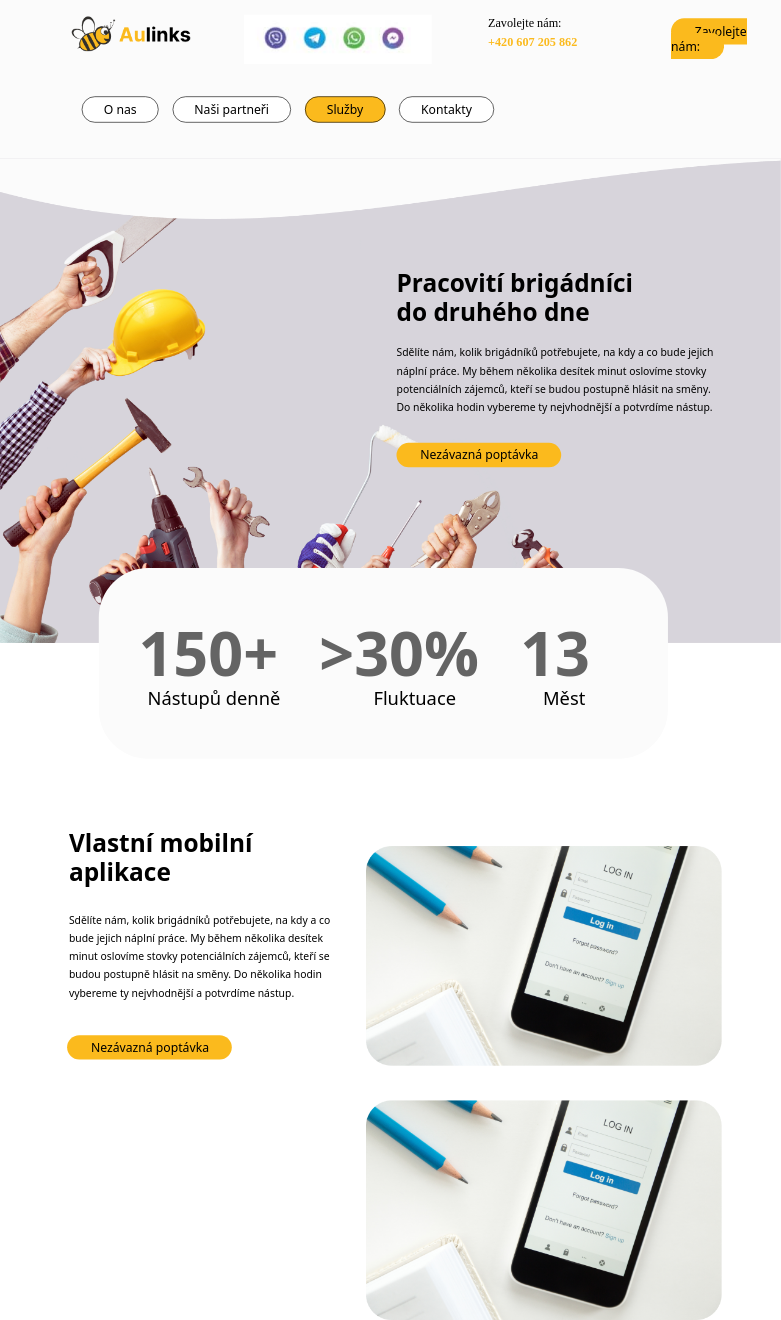
Repository: bilday08/aulinks
Page: index.html
An editor plug-in stored every save of this project. The page is shown before and after the next save, followed by the edit.
The browser window is 1280 px wide. The pictures show the whole page, at 61% of full size.
Some web fonts or font styles are not loaded; a fallback is used.

Above is the page before, as saved 2022-12-07 15:36:15.

### index.html
<!DOCTYPE html>
<html lang="en">
<head>
    <meta charset="UTF-8">
    <meta http-equiv="X-UA-Compatible" content="IE=edge">
    <meta name="viewport" content="width=device-width, initial-scale=1.0">
    <title>Aulinks</title>
    <link rel="stylesheet" href="./reset.css">
    <link rel="stylesheet" href="./style.css">
    <link
    rel="stylesheet"
    href="https://cdnjs.cloudflare.com/ajax/libs/font-awesome/6.2.0/css/all.min.css"
    integrity="sha512-xh6O/CkQoPOWDdYTDqeRdPCVd1SpvCA9XXcUnZS2FmJNp1coAFzvtCN9BmamE+4aHK8yyUHUSCcJHgXloTyT2A=="
    crossorigin="anonymous"
    referrerpolicy="no-referrer" />
    <link
    href="https://cdn.jsdelivr.net/npm/bootstrap@5.2.1/dist/css/bootstrap.min.css"
    rel="stylesheet"
    integrity="sha384-iYQeCzEYFbKjA/T2uDLTpkwGzCiq6soy8tYaI1GyVh/UjpbCx/TYkiZhlZB6+fzT"
    crossorigin="anonymous">
    <script
    src="https://cdn.jsdelivr.net/npm/bootstrap@5.2.1/dist/js/bootstrap.bundle.min.js"
    integrity="sha384-u1OknCvxWvY5kfmNBILK2hRnQC3Pr17a+RTT6rIHI7NnikvbZlHgTPOOmMi466C8"
    crossorigin="anonymous">
    </script>
    <link rel="preconnect" href="https://fonts.googleapis.com">
    <link rel="preconnect" href="https://fonts.gstatic.com" crossorigin>
    <link
    href="https://fonts.googleapis.com/css2?family=Inter+Tight:ital,wght@0,100;0,200;0,300;0,400;0,500;0,600;0,700;0,800;0,900;1,200;1,300;1,400;1,500;1,600;1,700;1,800;1,900&family=Inter:wght@100;200;300;400;500;600;700;800;900&display=swap"
    rel="stylesheet">
</head>
<body>
    <div class="wrapper">
        <header class="header">
            <div class="container_fluid_header">
                <div class="header__logo">
                    <img class="logo_images" src="./images/Header/logo.png" alt="logo"/>
                    <img class="logo_text" src="./images/Header/logotext.png" alt="logo"/>
                </div>
                <div class="header__contact">
                    <img class="contact_images" src="./images/Header/contact.png" alt="contact">
                </div>
                <div class="header__text">
                    <span class="text_name">Zavolejte nám:</span>
                    <span class="text_number">+420 607 205 862</span>
                </div>
                <div class="header__button">
                    <a href="#" class="button_name">Zavolejte nám:</a>
                </div>
                <div class="herder__button_white">
                    <a href="#" class="button_name_white">O nas</a>
                    <a href="#" class="button_name_white">Naši partneři</a>
                    <a href="#" class="button_name_white button_name_yellow">Služby</a>
                    <a href="#" class="button_name_white">Kontakty</a>
                </div>
            </div>
        </header>
    </div>
    <main>
        <div class="container_fluid_main">
            <div class="main__top_br">
                <img
                src="./images/Main/Rectangle 8 (9).png"
                alt="#" class="main_top_header"/>
                <h1 class="main_text">Pracovití brigádníci do druhého dne</h1>
                <p class="main_content">
                    Sdělíte nám, kolik brigádníků potřebujete,
                    na kdy a co bude jejich náplní práce. My během několika
                    desítek minut oslovíme stovky potenciálních zájemců, kteří
                    se budou postupně hlásit na směny. Do několika hodin vybereme
                    ty nejvhodnější a potvrdíme nástup.
                </p>
                <a href="#" class="main_button">Nezávazná poptávka</a>
            </div>
            <div class="main_center">
                <a href="#" class="center_button">
                    <div class="button__first">
                        <span class="button_number">150+</span>
                        <span class="button_number">>30%</span>
                        <span class="button_number">13</span>
                    </div>
                    <div class="button__second">
                        <span class="button_text">Nástupů denně</span>
                        <span class="button_text text_second">Fluktuace</span>
                        <span class="button_text text_thrid">Měst</span>
                    </div>
                </a>
            </div>
        </div>
        <section class="service">
            <div class="service_item">
                <div class="service_content">
                    <h2 class="main_text global_heading">Vlastní mobilní aplikace</h2>
                    <div class="main_content global_text">
                        Sdělíte nám, kolik brigádníků potřebujete, na kdy a co bude jejich náplní práce.
                        My během několika desítek minut oslovíme stovky potenciálních zájemců,
                        kteří se budou postupně hlásit na směny. Do několika hodin vybereme ty nejvhodnější
                        a potvrdíme nástup.
                    </div>
                    <a href="#" class="main_button global_button">Nezávazná poptávka</a>
                </div>
                <div class="service_images">
                    <img src="./images/Main/imgmain1.png" alt="#" class="service_images_right"/>
                </div>
            </div>
            <div class="service_item">
                <div class="service_content">
                    <h2 class="main_text">Vlastní mobilní aplikace</h2>
                    <div class="main_content">
                        Sdělíte nám, kolik brigádníků potřebujete, na kdy a co bude jejich náplní práce.
                        My během několika desítek minut oslovíme stovky potenciálních zájemců,
                        kteří se budou postupně hlásit na směny. Do několika hodin vybereme ty nejvhodnější
                        a potvrdíme nástup.
                    </div>
                    <a href="#" class="main_button">Nezávazná poptávka</a>
                </div>
                <div class="service_images">
                    <img src="./images/Main/imgmain1.png" alt="#" class="service_images_right"/>
                </div>
            </div>
        </section>
    </main>
</body>
</html>

### style.css
html{
    font-size: 62.5%;
    /* 1rem=10px; */
}
* {
    box-sizing: border-box;
}
body{
    font-family: 'Inter Tight', sans-serif;
}
.container_fluid_header{
    max-width: 100%;
    height: 36rem;
    background-image: url(./images/Header/Rectangle\ 8\ \(10\).png);
    background-repeat: no-repeat;
    background-size: auto;
}
/* .header__logo{
    margin-top: 6rem;
} */
.logo_images{
    margin-left: 11.4rem;
    margin-top: 2rem;
    width: 7.8rem;
    height: 7.1rem;
}
.logo_text{
    margin-top: 2rem;
}
.contact_images{
    margin-left: 40rem;
    margin-top: -7rem;
    width: 30.8rem;
    height: 8.1rem;
}
.header__text{
    margin-left: 80rem;
    margin-top: -8rem;
}
.text_name{
    display: block;
    width: 14.5rem;
    height: 3rem;
    font-family: 'Inter Tight';
    font-weight: 400;
    font-size: 20px;
    line-height: 24px;
    color: black;
}
.text_number{
    color: #FBBA1D;
    width: 18.5rem;
    height: 2.4rem;
    font-family: 'Inter Tight';
    font-style: normal;
    font-weight: 700;
    font-size: 20px;
    line-height: 24px;
}
.header__button{
    margin-left: 110rem;
    margin-top: -4rem;
}
.button_name{
    text-align: center;
    text-decoration: none;
    padding: 0.8rem 3.9rem;
    color: black;
    background-color: #FBBA1D;
    width: 22.3rem;
    height: 4.1rem;
    font-weight: 400;
    font-size: 20px;
    line-height: 24px;
    border-radius: 30px;
}
.herder__button_white{
    margin-top: 8rem;
    margin-left: 11.4rem;
}
.button_name_white{
    text-decoration: none;
    text-align: center;
    color: black;
    background-color: white;
    padding: 0.7rem 3.5rem;
    width: 19rem;
    height: 4rem;
    font-weight: 400;
    font-size: 20px;
    line-height: 24px;
    border-radius: 30px;
    border: 1px solid #000000;
    margin-left: 2rem;
}
.button_name_yellow{
    background-color: #FBBA1D;
}
.main_top_header{
    max-width: 100%;
    object-fit: contain;
    margin-left: 0;
}
.container_fluid_main{
    max-width: 100%;
    height: 79.4rem;
    background-image: url(./images/Main/brmain.png);
    object-fit: cover;
    margin-top: -10em;
}
.main_text{
    width: 42.7rem;
    height: 9.6rem;
    font-weight: 600;
    font-size: 40px;
    line-height: 48px;
    color: #000000;
    margin-left: 65rem;
    margin-top: 8rem;
}
.main_content{
    width: 53.5rem;
    height: 12rem;
    font-weight: 400;
    font-size: 17px;
    line-height: 30px;
    color: #000000;
    margin-top: 2.8rem;
    margin-left: 65rem;
}
.main_button{
    text-decoration: none;
    text-align: center;
    display: block;
    padding: 8px 39px;
    color: black;
    background-color: #FBBA1D;
    width: 27rem;
    height: 4rem;
    font-weight: 400;
    font-size: 20px;
    line-height: 24px;
    border-radius: 30px;
    margin-top: 4.3rem;
    margin-left: 65rem;
    white-space: nowrap;
}
.center_button{
    text-decoration: none;
    max-width: 109rem;
    height: 31.3rem;
    background-color:#FBFBFB;
    border-radius: 81px;
    display: block;
    margin-top: 16.5rem;
    margin-left: 16.2rem;
    margin-right: 18.5rem;
    padding-top: 7.8rem;
}
.button_number{
    display: inline-block;
    font-weight: 600;
    font-size: 100px;
    line-height: 121px;
    color: #646464;
    margin-left: 6.5rem;
}
.button__first .button__second{
    display: inline;
}
.button_text{
    width: 24rem;
    height: 3.3rem;
    display: inline;
    font-weight: 400;
    font-size: 30px;
    line-height: 30px;
    color: #000000;
    margin-left: 8rem;
}
.text_second{
    margin-left: 15rem;
}
.text_thrid{
    margin-left: 14rem;
}
.global_heading{
    max-width: 41.8rem;
    height: 95px;
    margin-top: 30.3rem;
    margin-left: 11.3rem;
}
.global_text{
    max-width: 43.2rem;
    height: 18.9rem;
    margin-left: 11.3rem;
    margin-top: 4.1rem;
}
.global_button{
    margin-left: 11rem;
    margin-top: 1.5rem;
}
.service_images_right{
    width: 58.3rem;
    height: 36rem;
    display: block;
    margin-top: -35rem;
    margin-left: 60rem;
}

Loaded but not shown: reset.css (common file)

After the next save:
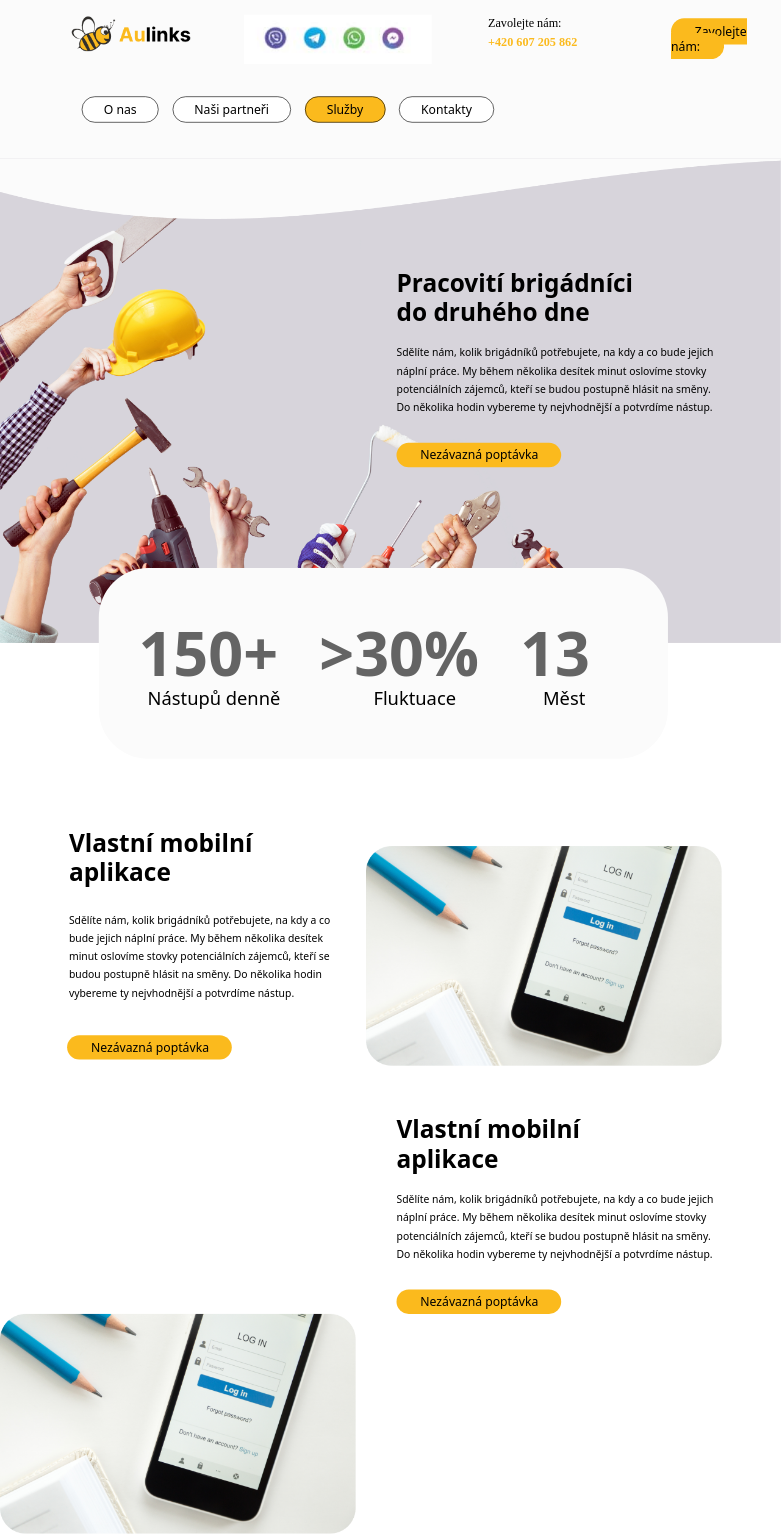
Saved 11 s later.
--- a/index.html
+++ b/index.html
@@ -115,7 +115,7 @@
                     <a href="#" class="main_button">Nezávazná poptávka</a>
                 </div>
                 <div class="service_images">
-                    <img src="./images/Main/imgmain1.png" alt="#" class="service_images_right"/>
+                    <img src="./images/Main/imgmain1.png" alt="#" class="service_images_left"/>
                 </div>
             </div>
         </section>
